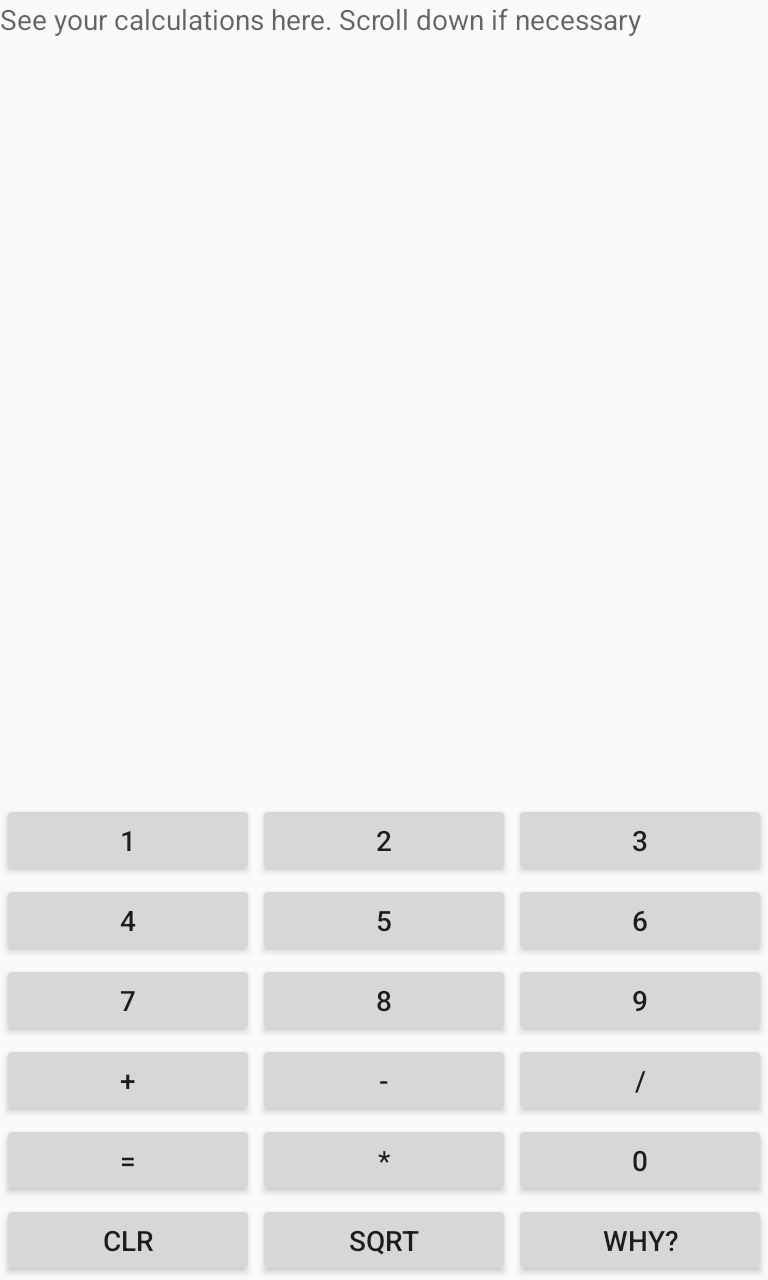
Repository: apoorvelec/AndroidApps
Layout: Calculator1pt1/res/layout/activity_main.xml
The author's editor kept a copy of each file at every save. The layout is drawn from the files as they stood at one save, then again after the next save.
It is drawn on a 768 x 1280 px phone screen (xhdpi) without system bars, with theme AppTheme; the app's code is not run.

Above is the layout before, as saved 2016-05-24 22:39:38.

After the next save:
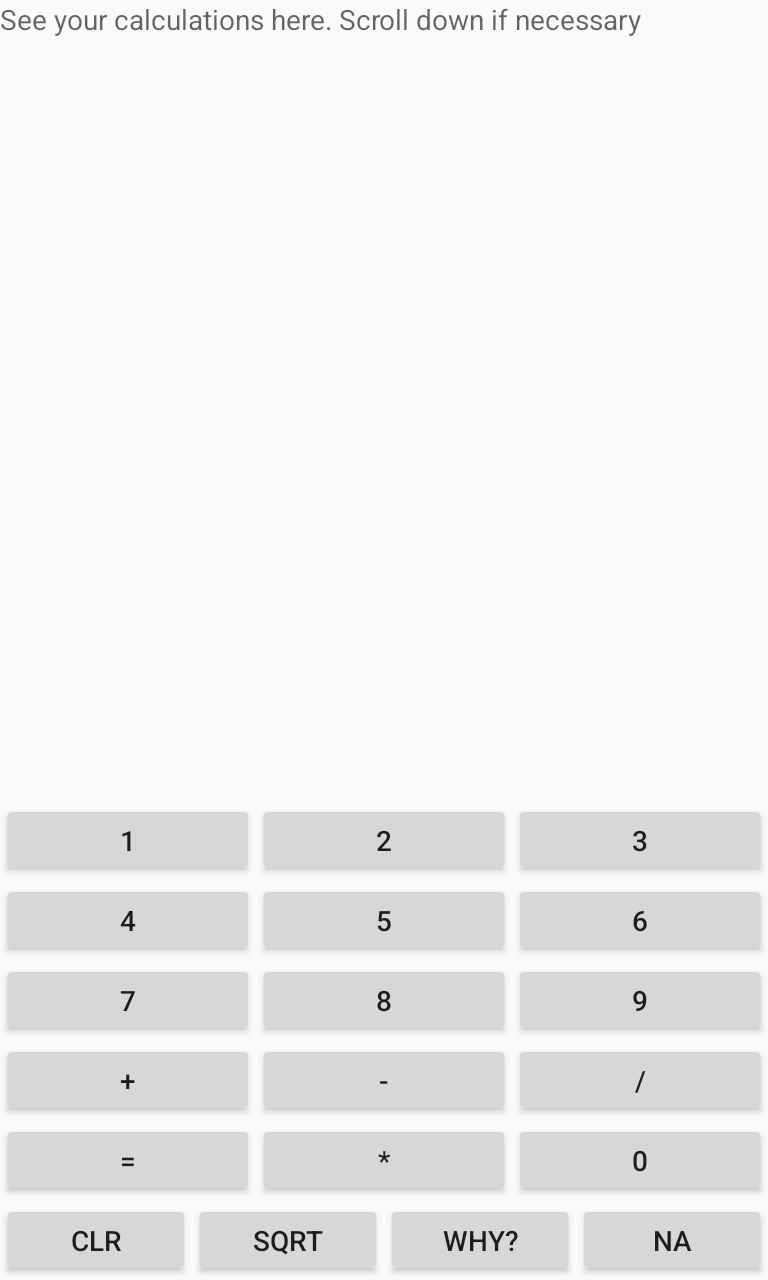
Saved 68 s later.
--- a/Calculator1pt1/res/layout/activity_main.xml
+++ b/Calculator1pt1/res/layout/activity_main.xml
@@ -134,7 +134,7 @@
    </LinearLayout>
    <LinearLayout android:layout_width="fill_parent"
    android:layout_height="40dp"
-   android:weightSum="3"
+   android:weightSum="4"
    android:orientation="horizontal" >
        <Button android:id="@+id/button16"
            android:layout_width="wrap_content"
@@ -154,5 +154,11 @@
            android:text="WHY?"
            android:layout_weight="1"
            android:onClick="whyFunctionOutput"/>
+       <Button android:id="@+id/button19"
+           android:layout_width="wrap_content"
+           android:layout_height="wrap_content"
+           android:text="NA"
+           android:layout_weight="1"
+           android:onClick="openNewActivity"/>
    </LinearLayout>
 </LinearLayout>
